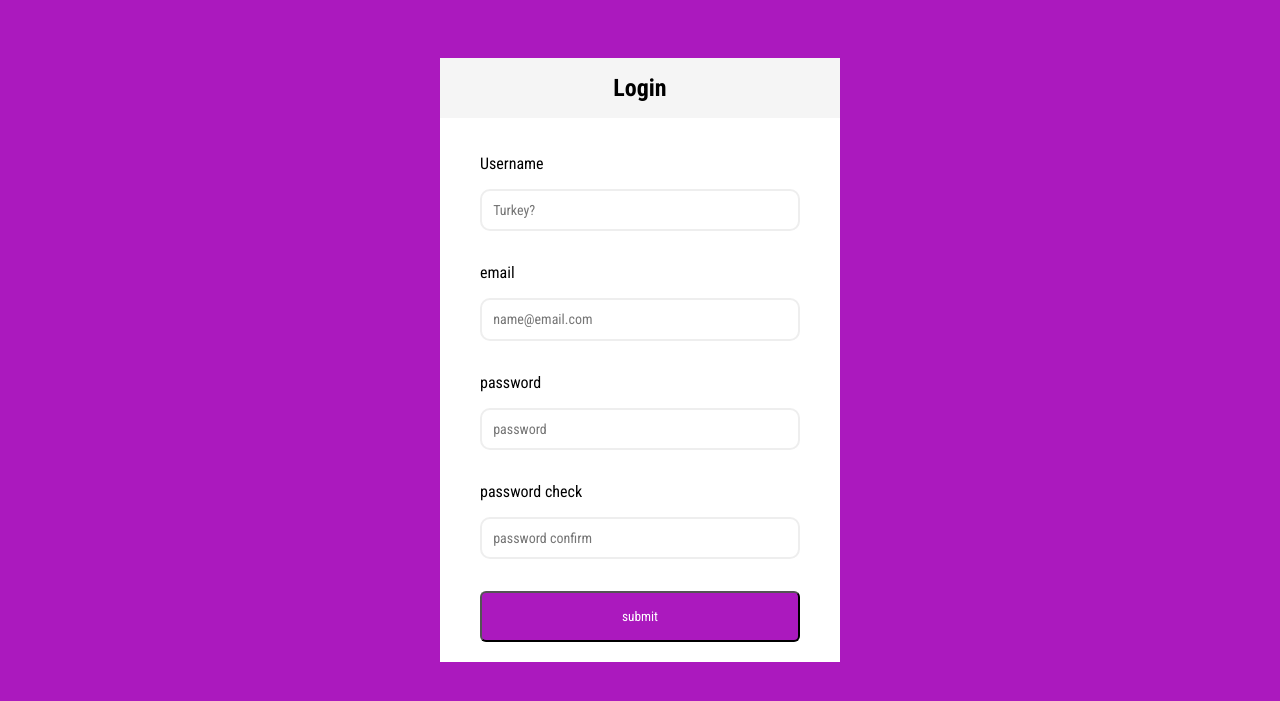
Repository: Abdoulrhman-altyeb/form-_validation-
Page: index.html
An editor plug-in stored every save of this project. The page is shown before and after the next save, followed by the edit.
The browser window is 1280 px wide. The pictures show the whole page.

Above is the page before, as saved 2021-05-23 20:52:18.

### index.html
<!DOCTYPE html>
<html lang="en">
<head>
    <meta charset="UTF-8">
    <meta http-equiv="X-UA-Compatible" content="IE=edge">
    <meta name="viewport" content="width=device-width, initial-scale=1.0">
    <link rel="stylesheet" href="style.css">
    <link rel="stylesheet" href="https://cdnjs.cloudflare.com/ajax/libs/font-awesome/5.15.3/css/all.min.css"
        integrity="sha512-iBBXm8fW90+nuLcSKlbmrPcLa0OT92xO1BIsZ+ywDWZCvqsWgccV3gFoRBv0z+8dLJgyAHIhR35VZc2oM/gI1w=="
        crossorigin="anonymous" referrerpolicy="no-referrer" />
    <script src="script.js" defer></script>
    <title>form validation</title>
</head>
<body>
    <div class="container">
        <div class="header">
            <h2>Login</h2>
        </div>
        <form class="form">
            <div class="form-control">
                <label for="username">Username</label>
                <input type="text" placeholder="Turkey?" id="username">
                <i class="fa fa-check-circle"></i>
                <i class="fa fa-exclamation-circle"></i>
                <small>error message</small>
            </div>
            <div class="form-control">
                <label for="email">email</label>
                <input type="email" placeholder="name@email.com" id="email">
                <i class="fa fa-check-circle"></i>
                <i class="fa fa-exclamation-circle"></i>
                <small>error message</small>
            </div>
            <div class="form-control">
                <label for="password">password</label>
                <input type="password" placeholder="password" id="password">
                <i class="fa fa-check-circle"></i>
                <i class="fa fa-exclamation-circle"></i>
                <small>error message</small>
            </div>
            <div class="form-control">
                <label for="password2">password check</label>
                <input type="password" placeholder="password confirm" id="password2">
                <i class="fa fa-check-circle"></i>
                <i class="fa fa-exclamation-circle"></i>
                <small>error message</small>
            </div>
            <button type="submit" id="btn">submit</button>
        </form>
    </div>
</body>
</html>

### style.css
@import url('https://fonts.googleapis.com/css2?family=Roboto+Condensed:wght@400;700&display=swap');
*{
    padding:0;
    margin:0;
    box-sizing:border-box;
    font-family: 'Roboto Condensed', sans-serif;
}
body{
    display: flex;
    justify-content: center;
    align-items: center;
    min-height:100vh;
    background:rgb(171, 25, 190);
}
.container{
    background:white;
    width:400px;
    display: flex;
    flex-direction: column;
}
.header{
    text-align: center;
    padding:10px 40px;
    padding:1rem;
    background:whitesmoke;
    margin-bottom:1rem;
}
.form{
    padding:20px 40px;
}
.form-control{
    margin-bottom:1rem;
    padding-bottom:1rem;
    position: relative;
}
.form-control label{
    display: inline-block;
    margin-bottom:1rem;
}
.form-control input{
    display: block;
    border:2px solid #eee;
    width:100%;
    padding:0.7rem;
    font-size:14px;
    border-radius:10px;
}
.form-control i {
    position: absolute;
    top: 50px;
    right:1rem;
    visibility: hidden;
}
.form-control small {
    position: absolute;
    font-size:0.9rem;
    bottom:0;
    left:5px;
    visibility: hidden;
}

#btn {
    display: block;
    width:100%;
    background:rgb(171, 25, 190);
    color:white;
    padding:1rem;
    border-radius: 6px;
    border:noen;
}

Loaded but not shown: script.js (no copy from this time; the picture is the same without it)

After the next save:
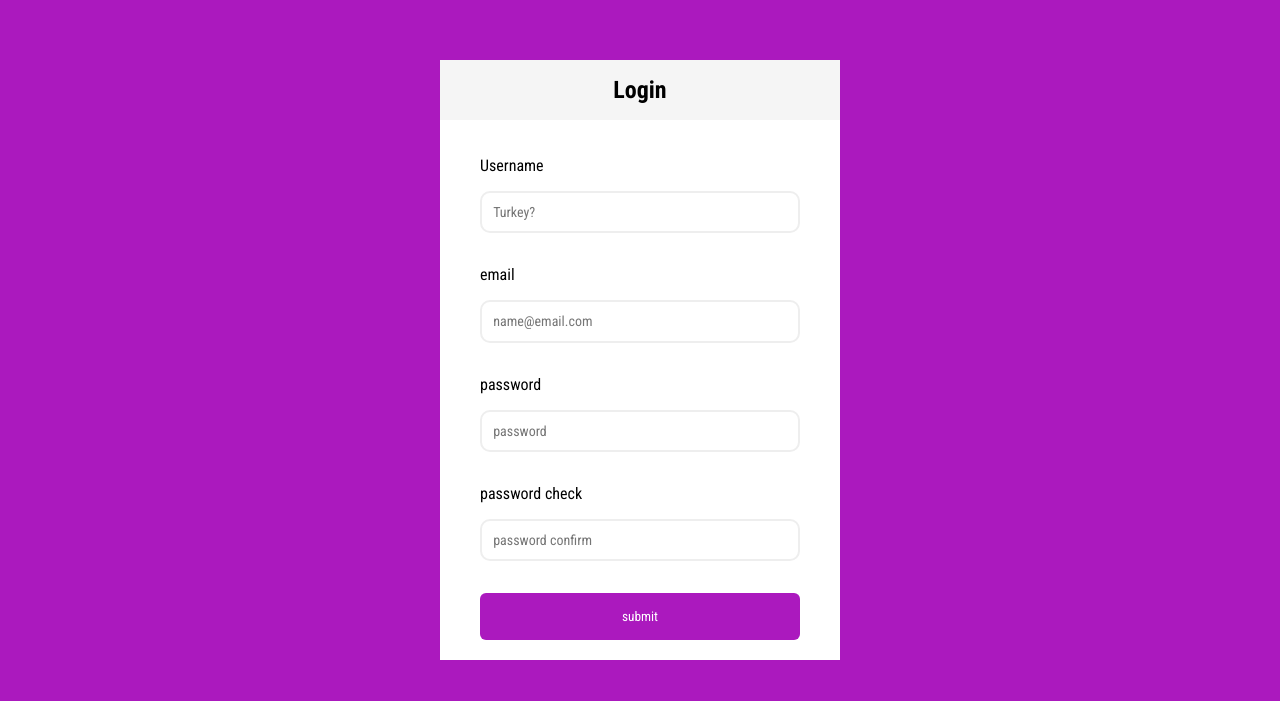
Saved 4 s later.
--- a/style.css
+++ b/style.css
@@ -66,5 +66,5 @@ body{
     color:white;
     padding:1rem;
     border-radius: 6px;
-    border:noen;
+    border:none;
 }
